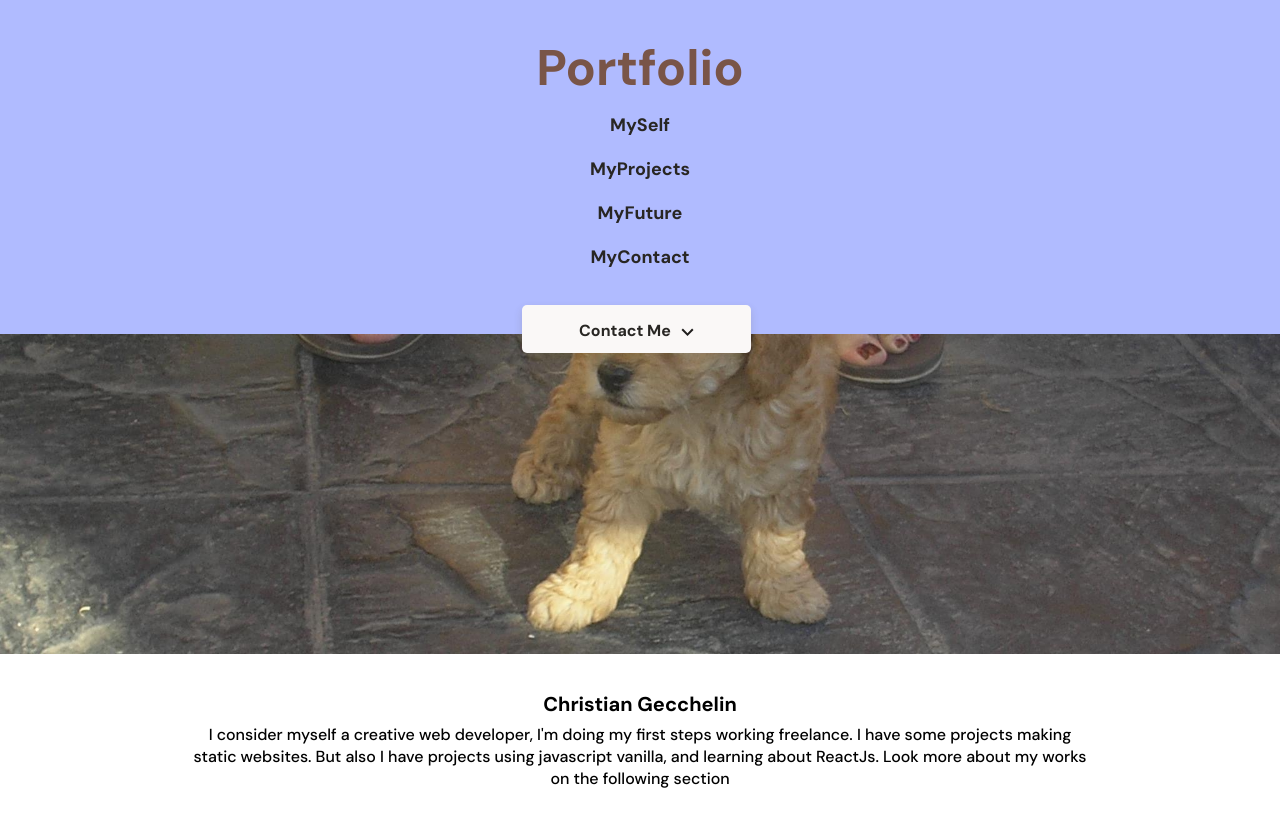
Repository: ChristianGecchelin/PortfolioOnline
Page: index.html
These files come from the project's save history. The page is drawn as it stood at one moment and after the next save; the edit follows.
The browser window is 1280 px wide. The pictures show the whole page.

Above is the page before, as saved 2022-01-08 20:23:06.

After the next save:
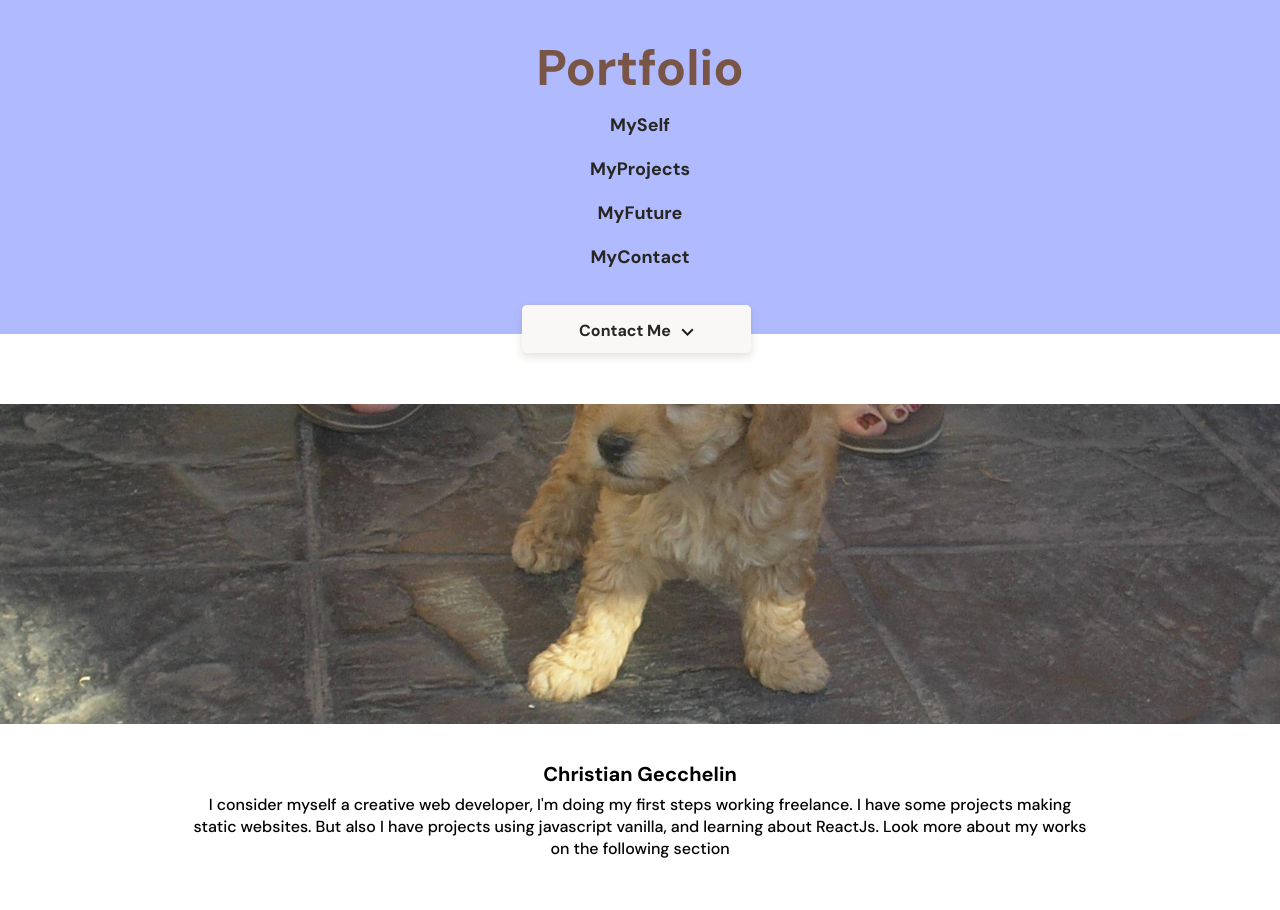
Saved 111 s later.
--- a/styles/styles.css
+++ b/styles/styles.css
@@ -96,6 +96,7 @@ main .principalContainer-mySelf {
   width: 100%;
   min-width: 320px;
   height: auto;
+  padding-top: 70px;
   text-align: center;
 }
 .principalContainer-mySelf--image .image-cv {
